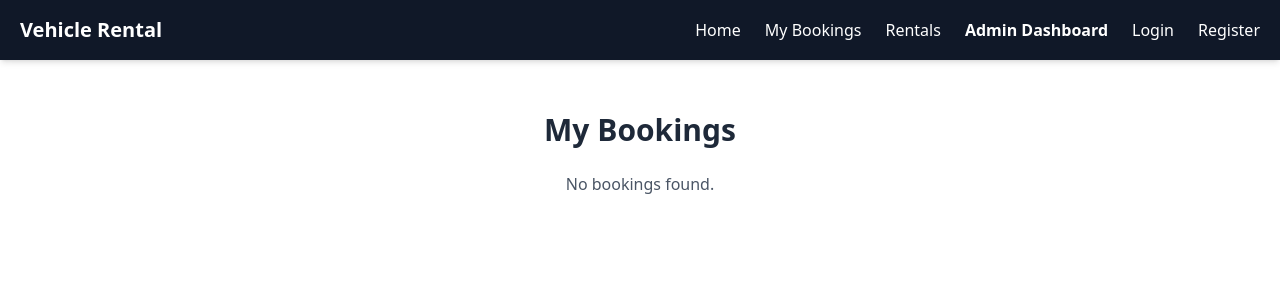
Repository: Sugan-g/vehicle-rental-system
Page: /my-bookings (app in frontend/)
An editor plug-in stored every save of this project. The page is shown before and after the next save, followed by the edit.
The browser window is 1280 px wide. The pictures show the whole page.
The project was rebuilt for these pictures with package versions that can differ from the ones it lists, and the page was loaded fresh each time. Also part of the build but not shown: frontend/vite.config.js, frontend/src/components/VehicleCard.jsx, frontend/src/pages/HomePage.jsx, frontend/src/components/BookingForm.jsx, frontend/src/components/ReviewForm.jsx, frontend/src/pages/VehiclePage.jsx, frontend/src/pages/LoginPage.jsx, frontend/src/pages/RegisterPage.jsx and 5 more.

Above is the page before, as saved 2025-11-03 15:30:34.

### frontend/index.html
<!doctype html>
<html lang="en">
  <head>
    <meta charset="UTF-8" />
    <link rel="icon" type="image/svg+xml" href="/vite.svg" />
    <meta name="viewport" content="width=device-width, initial-scale=1.0" />
    <title>Vehicle Rental System</title>
        <link rel="stylesheet" href="/src/index.css" />

  </head>
  <body>
    <div id="root"></div>
    <script type="module" src="/src/main.jsx"></script>
  </body>
</html>

### frontend/src/main.jsx
import React from "react";
import ReactDOM from "react-dom/client";
import App from "./App.jsx";
import "./index.css";

ReactDOM.createRoot(document.getElementById("root")).render(
    <React.StrictMode>
        <App />
    </React.StrictMode>
);

### frontend/src/App.jsx
import { BrowserRouter as Router, Routes, Route } from "react-router-dom";
import Navbar from "./components/Navbar.jsx";
import HomePage from "./pages/HomePage.jsx";
import VehiclePage from "./pages/VehiclePage.jsx";
import LoginPage from "./pages/LoginPage.jsx";
import RegisterPage from "./pages/RegisterPage.jsx";
import RentalHistoryPage from "./pages/RentalHistoryPage.jsx";
import AdminPage from "./pages/AdminPage.jsx";
import BookingPage from "./pages/BookingPage.jsx";
import MyBookings from "./pages/MyBookings.jsx";
import EditBooking from "./pages/EditBooking.jsx";

function App() {
    return (
        <Router>
            <Navbar />
            <Routes>
                <Route path="/" element={<HomePage />} />
                <Route path="/vehicle/:id" element={<VehiclePage />} />
                <Route path="/login" element={<LoginPage />} />
                <Route path="/register" element={<RegisterPage />} />
                <Route path="/rental-history" element={<RentalHistoryPage />} />
                <Route path="/admin" element={<AdminPage />} />
                <Route path="/book/:vehicleId" element={<BookingPage />} />
                <Route path="/my-bookings" element={<MyBookings />} />
                <Route path="/edit-booking/:id" element={<EditBooking />} />

            </Routes>
        </Router>
    );
}

export default App;

### frontend/src/components/Navbar.jsx
import { Link, useNavigate } from "react-router-dom";
import { useState, useEffect } from "react";
import { FiMenu, FiX } from "react-icons/fi";

export default function Navbar() {
  const navigate = useNavigate();
  const [isLoggedIn, setIsLoggedIn] = useState(false);
  const [menuOpen, setMenuOpen] = useState(false);
  const [role, setRole] = useState(null);

  useEffect(() => {
    const token = localStorage.getItem("token");
    const userRole = localStorage.getItem("role");

    setIsLoggedIn(!!token);
    setRole(userRole);
  }, []);

  const handleLogout = () => {
    localStorage.removeItem("token");
    localStorage.removeItem("role");
    setIsLoggedIn(false);
    setRole(null);
    navigate("/login");
  };

  return (
    <nav className="bg-gray-900 text-white px-5 py-4 shadow-md fixed top-0 left-0 w-full z-50">
      <div className="flex justify-between items-center">
        <Link to="/" className="text-xl font-bold">
          Vehicle Rental
        </Link>

        {/* Mobile Menu Toggle */}
        <button
          className="md:hidden text-2xl"
          onClick={() => setMenuOpen(!menuOpen)}
        >
          {menuOpen ? <FiX /> : <FiMenu />}
        </button>

        {/* Desktop Menu */}
        <div className="hidden md:flex space-x-6 items-center">
          <Link to="/">Home</Link>
          <Link to="/my-bookings">My Bookings</Link>
          <Link to="/rental-history">Rentals</Link>
          <Link to="/admin" className="font-semibold">
              Admin Dashboard
           </Link>

          {isLoggedIn ? (
            <button onClick={handleLogout} className="hover:text-red-400">
              Logout
            </button>
          ) : (
            <>
              <Link to="/login">Login</Link>
              <Link to="/register">Register</Link>
            </>
          )}

        </div>
      </div>

      {/* ✅ Mobile Dropdown Menu */}
      <div
        className={`md:hidden transition-all duration-300 overflow-hidden ${
          menuOpen ? "max-h-60 mt-3" : "max-h-0"
        }`}
      >
        <div className="bg-gray-800 p-5 rounded-lg flex flex-col space-y-4 text-center">
          <Link to="/" onClick={() => setMenuOpen(false)}>
            Home
          </Link>

          {isLoggedIn && role === "admin" && (
            <Link
              to="/admin/dashboard"
              onClick={() => setMenuOpen(false)}
              className="font-semibold text-yellow-400"
            >
              Admin Dashboard
            </Link>
          )}

          {isLoggedIn ? (
            <>
              <Link
                to="/rental-history"
                onClick={() => setMenuOpen(false)}
              >
                My Rentals
              </Link>
              <button
                onClick={() => {
                  handleLogout();
                  setMenuOpen(false);
                }}
                className="text-red-400 font-semibold"
              >
                Logout
              </button>
            </>
          ) : (
            <>
              <Link to="/login" onClick={() => setMenuOpen(false)}>
                Login
              </Link>
              <Link to="/register" onClick={() => setMenuOpen(false)}>
                Register
              </Link>
            </>
          )}
        </div>
      </div>
    </nav>
  );
}

### frontend/src/pages/MyBookings.jsx
import { useEffect, useState } from "react";
import { Link } from "react-router-dom";
import API from "../api/api";

export default function BookingPage() {
  const [bookings, setBookings] = useState([]);
  const [reviewInputs, setReviewInputs] = useState({});
  const [reviews, setReviews] = useState({});
  const [submitting, setSubmitting] = useState(null);
  const [successBooking, setSuccessBooking] = useState(null);
  const [loading, setLoading] = useState(true);

  // ✅ Fetch bookings + reviews
  const fetchData = async () => {
    try {
      console.log("🟡 Token in fetchData:", localStorage.getItem("token"));
      const res = await API.get("/bookings/my");
      setBookings(res.data);

      const reviewRes = await API.get("/reviews/my");
      const mapped = {};
      reviewRes.data.forEach((r) => {
        const vehicleId = r.vehicle?._id || r.vehicle;
        if (vehicleId) {
          mapped[vehicleId] = {
            rating: r.rating,
            comment: r.comment,
          };
        }
      });
      setReviews(mapped);
      setLoading(false);
    } catch (err) {
      console.error("Error fetching data", err);
      setLoading(false);
    }
  };

  useEffect(() => {
    const token = localStorage.getItem("token");
    if (!token) {
      console.warn("⛔ No token found — user not logged in");
      setLoading(false);
      return;
    }
    fetchData();
  }, []);

  // ✅ Cancel booking
  const handleCancel = async (id) => {
    if (!window.confirm("Cancel this booking?")) return;
    try {
      await API.put(`/bookings/${id}/cancel`);
      alert("Booking cancelled ✅ Email sent!");
      fetchData();
    } catch {
      alert("Error cancelling booking");
    }
  };

  // ✅ Rating click
  const handleStarClick = (bookingId, rating) => {
    setReviewInputs((prev) => ({
      ...prev,
      [bookingId]: { ...prev[bookingId], rating },
    }));
  };

  // ✅ Comment change
  const handleCommentChange = (bookingId, comment) => {
    setReviewInputs((prev) => ({
      ...prev,
      [bookingId]: { ...prev[bookingId], comment },
    }));
  };

  // ✅ Submit review
  const handleSubmitReview = async (b) => {
    if (!reviewInputs[b._id]?.rating) {
      alert("Please select a rating ⭐");
      return;
    }

    try {
      setSubmitting(b._id);
      const res = await API.post("/reviews", {
        vehicle: b.vehicle._id,
        rating: reviewInputs[b._id].rating,
        comment: reviewInputs[b._id].comment,
      });

      const vehicleId = res.data.vehicle?._id || res.data.vehicle || b.vehicle._id;

      setReviews((prev) => ({
        ...prev,
        [vehicleId]: {
          rating: res.data.rating,
          comment: res.data.comment,
        },
      }));

      setReviewInputs((prev) => ({
        ...prev,
        [b._id]: { rating: 0, comment: "" },
      }));

      setSuccessBooking(b._id);
      setTimeout(() => setSuccessBooking(null), 2000);
      setSubmitting(null);
    } catch (error) {
      console.error("Review submit failed", error);
      alert("Error submitting review");
      setSubmitting(null);
    }
  };

  // ✅ Loading state
  if (loading) {
    return (
      <div className="flex justify-center items-center min-h-screen text-gray-600">
        <p>Loading your bookings...</p>
      </div>
    );
  }

  return (
    <div className="px-4 pt-24 pb-6 max-w-2xl mx-auto md:pt-28">
      <h1 className="text-2xl md:text-3xl font-bold mb-6 text-center text-gray-800">
        My Bookings
      </h1>

      {bookings.length === 0 && (
        <p className="text-center text-gray-600">No bookings found.</p>
      )}

      {bookings.map((b) => {
        const vehicleId = b.vehicle._id;
        const userReview = reviews[vehicleId];

        return (
          <div
            key={b._id}
            className="border p-4 rounded-xl mb-5 shadow-sm bg-white hover:shadow-md transition"
          >
            <div className="flex flex-col sm:flex-row sm:justify-between sm:items-center">
              <div>
                <p className="font-semibold text-lg text-gray-900">
                  {b.vehicle.make} {b.vehicle.model}
                </p>
                <p className="text-sm text-gray-600">
                  📍 {b.vehicle.location || "N/A"}
                </p>
                <p className="text-sm text-gray-700 mt-1">
                  📅 {new Date(b.startDate).toDateString()} →{" "}
                  {new Date(b.endDate).toDateString()}
                </p>
              </div>

              <div className="mt-2 sm:mt-0 text-right">
                <p
                  className={`font-semibold ${
                    b.status === "cancelled"
                      ? "text-red-600"
                      : "text-green-600"
                  }`}
                >
                  Status: {b.status}
                </p>
              </div>
            </div>

            {b.status !== "cancelled" && (
              <div className="flex flex-wrap gap-3 mt-4">
                <Link
                  to={`/edit-booking/${b._id}`}
                  state={{ booking: b }}
                  className="bg-blue-600 text-white px-4 py-2 rounded-lg flex-1 sm:flex-none text-center hover:bg-blue-700 transition"
                >
                  Edit
                </Link>

                <button
                  onClick={() => handleCancel(b._id)}
                  className="bg-red-600 text-white px-4 py-2 rounded-lg flex-1 sm:flex-none hover:bg-red-700 transition"
                >
                  Cancel
                </button>
              </div>
            )}

            {b.status !== "cancelled" && (
              <div className="mt-5 border-t pt-3">
                {userReview ? (
                  <div className="text-gray-800">
                    <p className="font-semibold text-lg mb-1">Your Review</p>
                    <p className="text-yellow-500 text-xl">
                      {"⭐".repeat(userReview.rating)}
                      {"☆".repeat(5 - userReview.rating)}
                    </p>
                    {userReview.comment && (
                      <p className="italic mt-1 text-gray-600">
                        “{userReview.comment}”
                      </p>
                    )}
                  </div>
                ) : (
                  <div className="mt-2">
                    <p className="font-semibold text-gray-700 mb-1">
                      Leave a Review
                    </p>

                    <div className="flex gap-1 mb-2">
                      {[1, 2, 3, 4, 5].map((star) => (
                        <span
                          key={star}
                          onClick={() => handleStarClick(b._id, star)}
                          className={`cursor-pointer text-2xl ${
                            reviewInputs[b._id]?.rating >= star
                              ? "text-yellow-500"
                              : "text-gray-400"
                          }`}
                        >
                          ★
                        </span>
                      ))}
                    </div>

                    <textarea
                      className="w-full border p-2 rounded-md text-sm resize-none focus:ring-2 focus:ring-blue-400"
                      rows="2"
                      placeholder="Share your experience..."
                      value={reviewInputs[b._id]?.comment || ""}
                      onChange={(e) =>
                        handleCommentChange(b._id, e.target.value)
                      }
                    ></textarea>

                    <button
                      onClick={() => handleSubmitReview(b)}
                      disabled={submitting === b._id}
                      className={`bg-green-600 text-white mt-2 py-1.5 px-4 rounded-md text-sm w-full md:w-auto transition ${
                        submitting === b._id
                          ? "opacity-70 cursor-not-allowed"
                          : "hover:bg-green-700"
                      }`}
                    >
                      {submitting === b._id
                        ? "Submitting..."
                        : "Submit Review"}
                    </button>

                    {successBooking === b._id && (
                      <p className="text-green-600 text-sm mt-2 font-medium">
                        ✅ Review submitted successfully!
                      </p>
                    )}
                  </div>
                )}
              </div>
            )}
          </div>
        );
      })}
    </div>
  );
}

### frontend/src/api/api.js
import axios from "axios";

const API = axios.create({
    baseURL: "http://localhost:5000/api",
    withCredentials: true,
});

API.interceptors.request.use((req) => {
    const token = localStorage.getItem("token");
    console.log("Token sent:", token); // 👀 check console
    if (token) req.headers.Authorization = `Bearer ${token}`;
    return req;
});

export default API;

Loaded but not shown: frontend/src/index.css (common file)

After the next save:
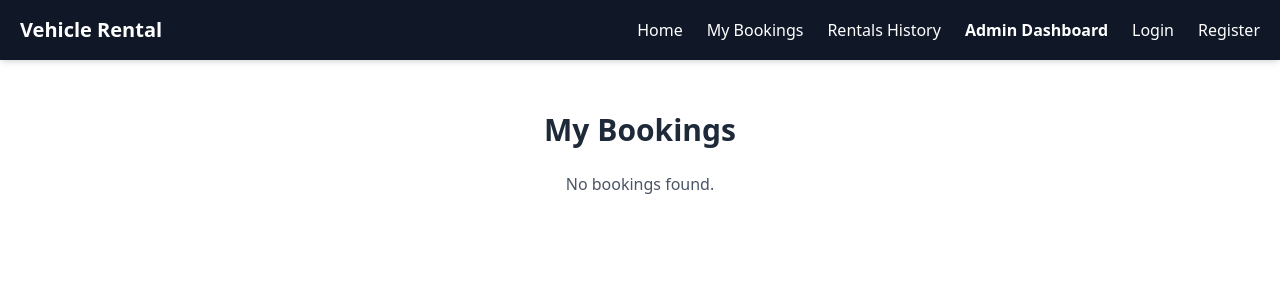
Saved 5 s later.
--- a/frontend/src/components/Navbar.jsx
+++ b/frontend/src/components/Navbar.jsx
@@ -43,7 +43,7 @@ export default function Navbar() {
         <div className="hidden md:flex space-x-6 items-center">
           <Link to="/">Home</Link>
           <Link to="/my-bookings">My Bookings</Link>
-          <Link to="/rental-history">Rentals</Link>
+          <Link to="/rental-history">Rentals History</Link>
           <Link to="/admin" className="font-semibold">
               Admin Dashboard
            </Link>
